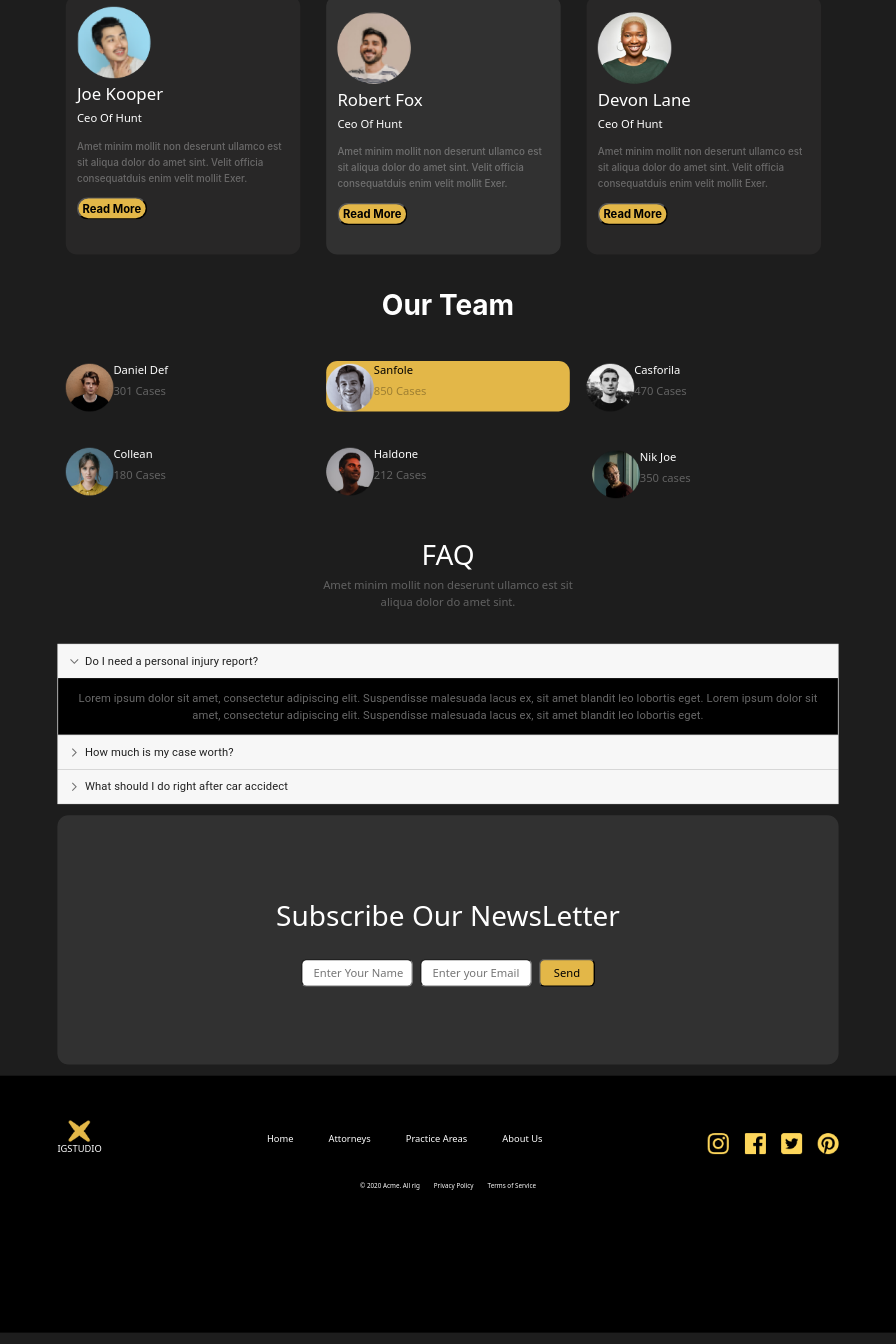
Repository: Senthil-Bala/LawFirm
Page: /
An editor plug-in stored every save of this project. The page is shown before and after a run of saves, followed by the edit.
The browser window is 1280 px wide. The pictures show the part of the page from y = 2314 to 4234 px (the page is 4234 px tall), at 70% of full size.
The project was rebuilt for these pictures with package versions that can differ from the ones it lists, and the page was loaded fresh each time. Also part of the build but not shown: src/App.css.

Above is the page before, as saved 2023-11-29 19:49:33.

After the next 2 saves:
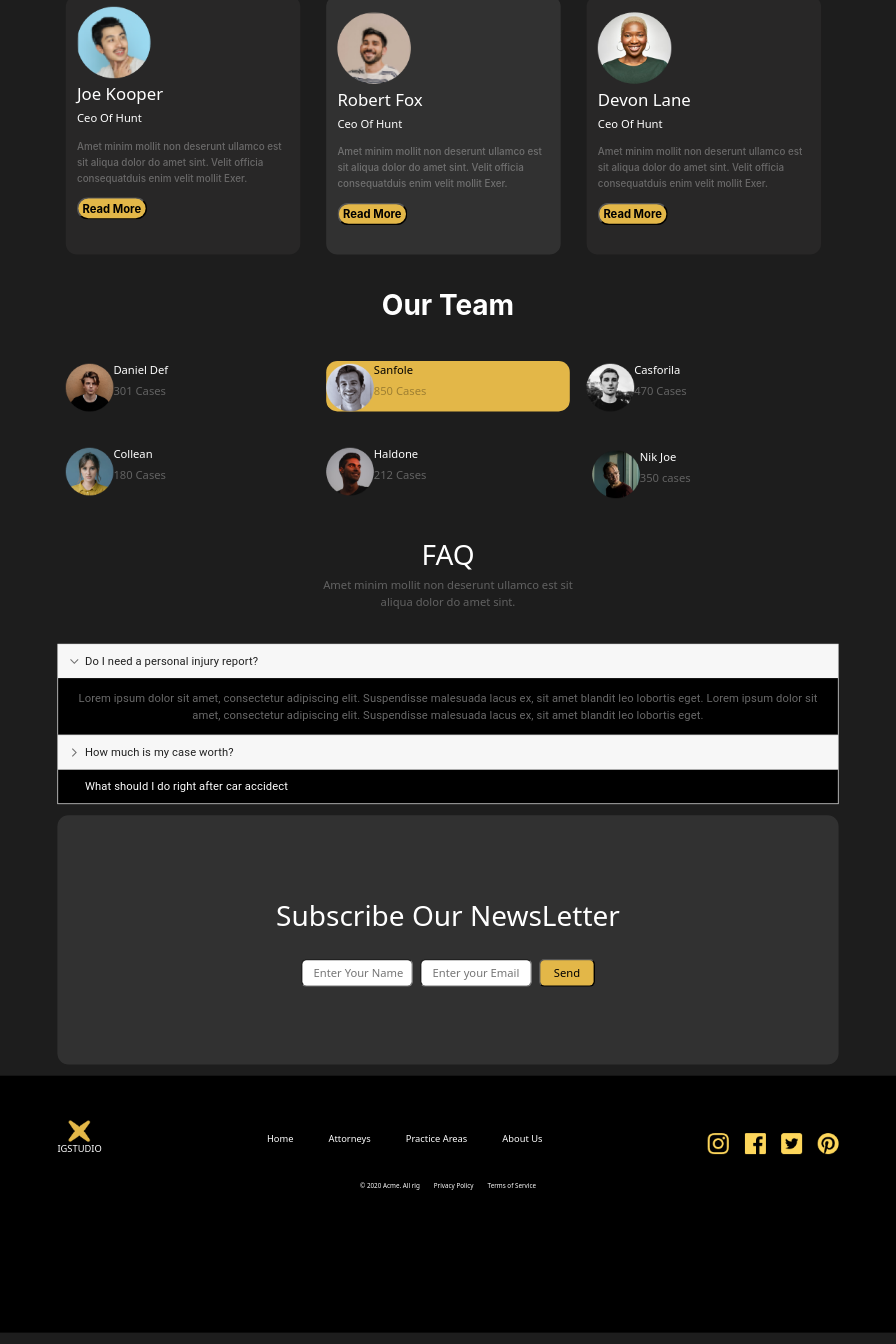
The 2 saves are shown as one change because they came seconds apart.
The last was saved 8 s later.
--- a/src/Components/Frequents/Accordionss.css
+++ b/src/Components/Frequents/Accordionss.css
@@ -3,7 +3,7 @@
     color: dimgrey;
 }
 
-.head{
+#head{
     background-color: black;
     color: white;
 }
